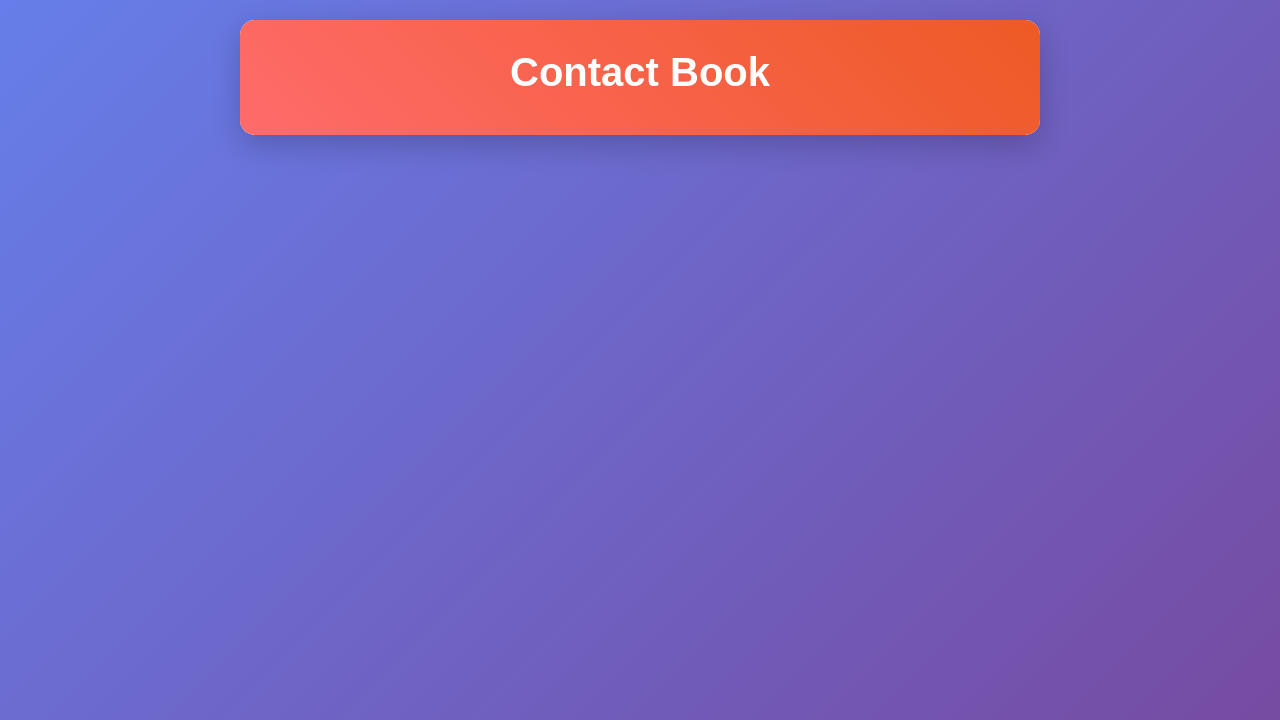
Repository: Mantombi81/Moznana-Contact
Page: index.html
These files come from the project's save history. The page is drawn as it stood at one moment and after the next save; the edit follows.
The browser window is 1280 px wide. The pictures show the whole page.

Above is the page before, as saved 2025-06-11 21:37:14.

### index.html
<!DOCTYPE html>
<html lang="en">
<head>
    <meta charset="UTF-8">
    <meta name="viewport" content="width=device-width, initial-scale=1.0">
    <title>Mozi Contact Book(API's)</title>
    <link rel="stylesheet" href="style.css">
</head>
<body>
    <div class="container">
        <div class="header">
            <h1>Contact Book</h1>
            <p></p>
        </div>

    </div>

</body>
</html>

### style.css
* {
    margin: 0;
    padding: 0;
    box-sizing: border-box;
}

body {
    font-family: Arial, sans-serif;
    background: linear-gradient(135deg, #667eea 0%, #764ba2 100%);
    min-height: 100vh;
    padding: 20px;
}

.container {
    max-width: 800px;
    margin: 0 auto;
    background: white;
    border-radius: 15px;
    box-shadow: 0 10px 30px rgba(0, 0, 0, 0.2);
    overflow: hidden;
}

.header {
    background: linear-gradient(45deg, #ff6b6b, #ee5a24);
    color: white;
    padding: 30px;
    text-align: center;
}

.header h1 {
    font-size: 2.5rem;
    margin-bottom: 10px;
}

.header p {
    font-size: 1.1rem;
    opacity: 0.9;
}

.content {
    padding: 30px;
}

.api-setup {
    background: #f8f9fa;
    border-radius: 10px;
    padding: 20px;
    margin-bottom: 30px;
    border-left: 4px solid #ff6b6b;
}

.api-setup h3 {
    color: #ff6b6b;
    margin-bottom: 15px;
}

.form-group {
    margin-bottom: 20px;
}

.form-group label {
    display: block;
    margin-bottom: 8px;
    font-weight: bold;
    color: #333;
}

.form-group input,
.form-group select {
    width: 100%;
    padding: 12px;
    border: 2px solid #e1e8ed;
    border-radius: 8px;
    font-size: 16px;
    transition: border-color 0.3s ease;
}

.form-group input:focus,
.form-group select:focus {
    outline: none;
    border-color: #ff6b6b;
}

.btn {
    background: linear-gradient(45deg, #ff6b6b, #ee5a24);
    color: white;
    border: none;
    padding: 12px 25px;
    border-radius: 8px;
    cursor: pointer;
    font-size: 16px;
    font-weight: bold;
    margin: 5px;
    transition: transform 0.2s ease, box-shadow 0.2s ease;
}

.btn:hover {
    transform: translateY(-2px);
    box-shadow: 0 5px 15px rgba(255, 107, 107, 0.3);
}

.btn-secondary {
    background: linear-gradient(45deg, #54a0ff, #2e86de);
}

.btn-danger {
    background: linear-gradient(45deg, #ff3838, #ff4757);
}

.btn-success {
    background: linear-gradient(45deg, #1dd1a1, #10ac84);
}

.contacts-grid {
    display: grid;
    grid-template-columns: repeat(auto-fill, minmax(300px, 1fr));
    gap: 20px;
    margin-top: 20px;
}

.contact-card {
    background: white;
    border-radius: 12px;
    padding: 20px;
    box-shadow: 0 4px 15px rgba(0, 0, 0, 0.1);
    border: 1px solid #e1e8ed;
    transition: transform 0.2s ease, box-shadow 0.2s ease;
}

.contact-card:hover {
    transform: translateY(-5px);
    box-shadow: 0 8px 25px rgba(0, 0, 0, 0.15);
}

.contact-avatar {
    width: 60px;
    height: 60px;
    border-radius: 50%;
    margin: 0 auto 15px;
    display: block;
    border: 3px solid #ff6b6b;
}

.contact-name {
    font-size: 1.3rem;
    font-weight: bold;
    text-align: center;
    margin-bottom: 10px;
    color: #333;
}

.contact-details {
    margin-bottom: 15px;
}

.contact-details p {
    margin-bottom: 5px;
    color: #666;
}

.contact-actions {
    text-align: center;
}

.loading {
    text-align: center;
    padding: 40px;
    color: #666;
    font-size: 1.2rem;
}

.error {
    background: #ffe6e6;
    color: #cc0000;
    padding: 15px;
    border-radius: 8px;
    margin: 15px 0;
    border-left: 4px solid #cc0000;
}

.success {
    background: #e6ffe6;
    color: #006600;
    padding: 15px;
    border-radius: 8px;
    margin: 15px 0;
    border-left: 4px solid #006600;
}

.hidden {
    display: none;
}

.page {
    display: none;
}

.page.active {
    display: block;
}

.back-btn {
    margin-bottom: 20px;
}

@media (max-width: 768px) {
    .container {
        margin: 10px;
    }

    .header {
        padding: 20px;
    }

    .header h1 {
        font-size: 2rem;
    }

    .content {
        padding: 20px;
    }

    .contacts-grid {
        grid-template-columns: 1fr;
    }
}

After the next save:
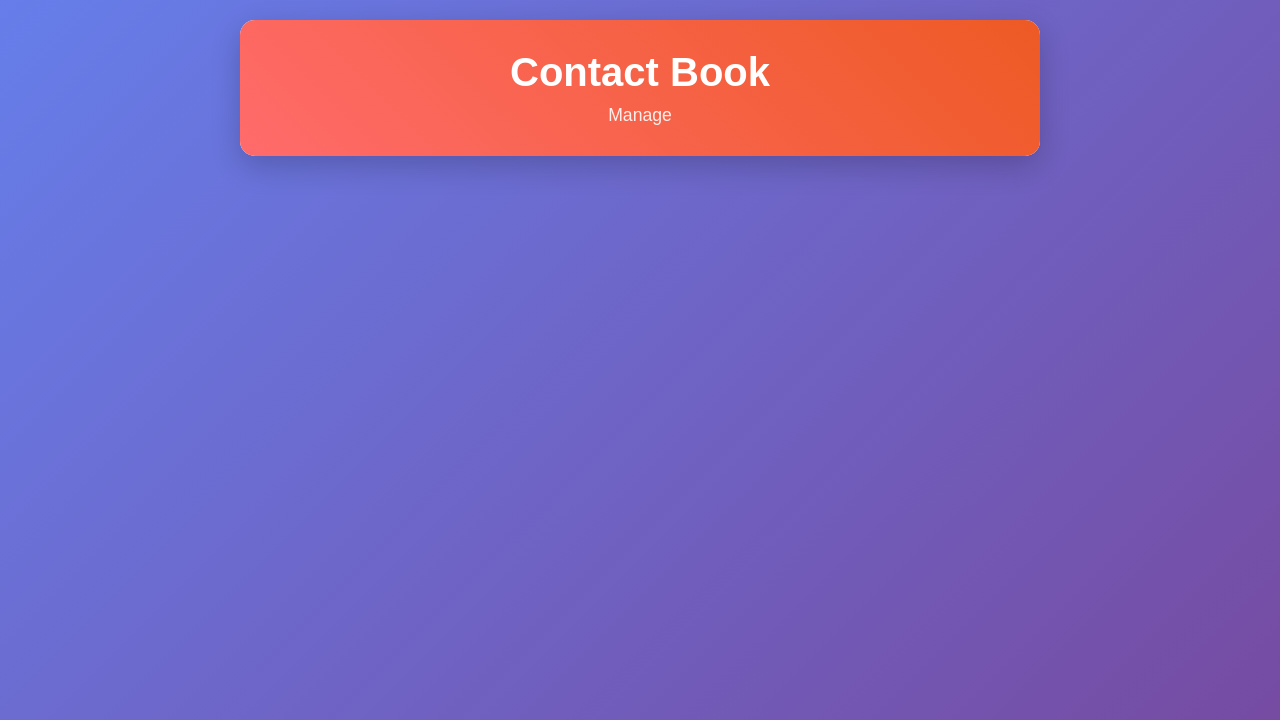
Saved 5 s later.
--- a/index.html
+++ b/index.html
@@ -10,7 +10,7 @@
     <div class="container">
         <div class="header">
             <h1>Contact Book</h1>
-            <p></p>
+            <p>Manage</p>
         </div>
 
     </div>
